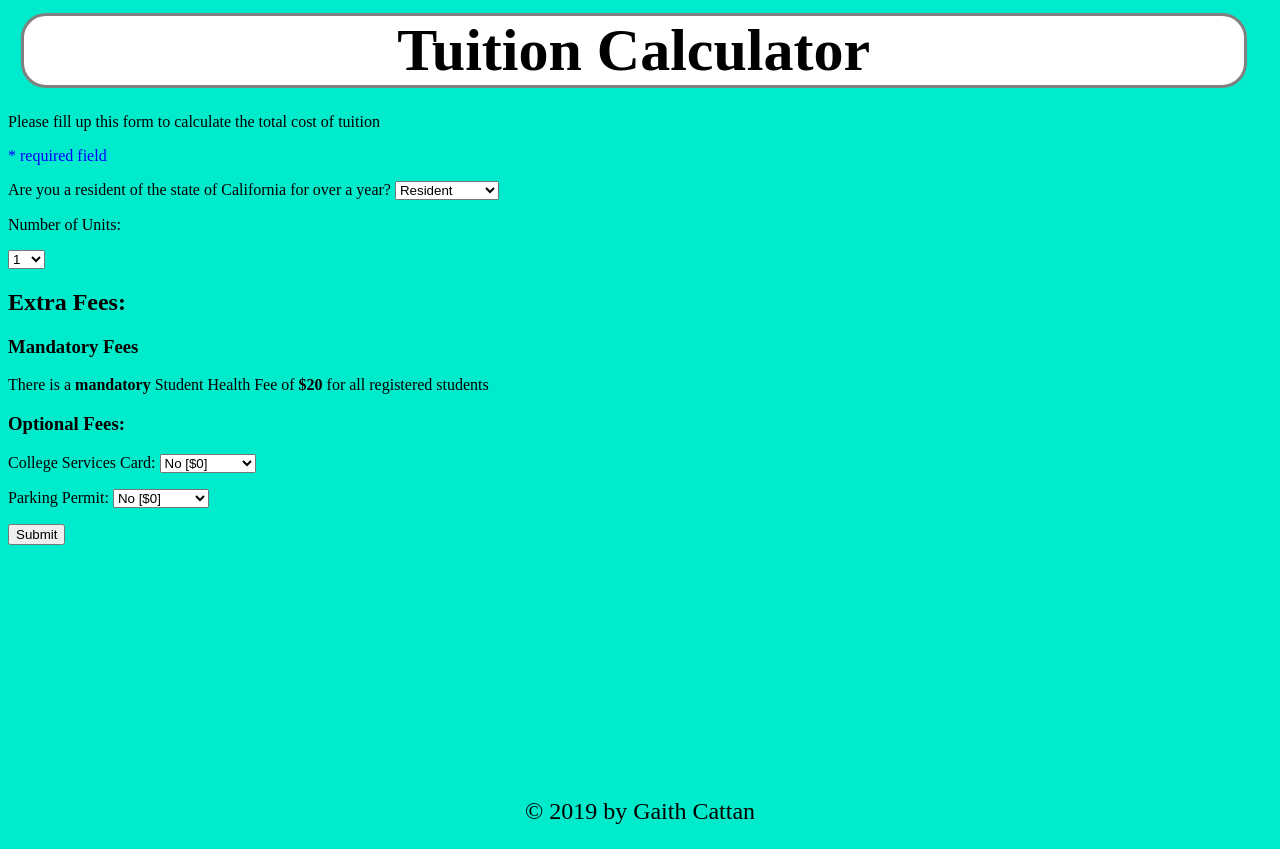
Repository: GaithCattan/COSW30
Page: labwork/lab2/tuitioncalculator.html
The author's editor kept a record of every edit. The page is drawn from the files as they stood at one moment, then again after the next edit.
The browser window is 1280 px wide. The pictures show the whole page.

Above is the page before.

After the next edit:
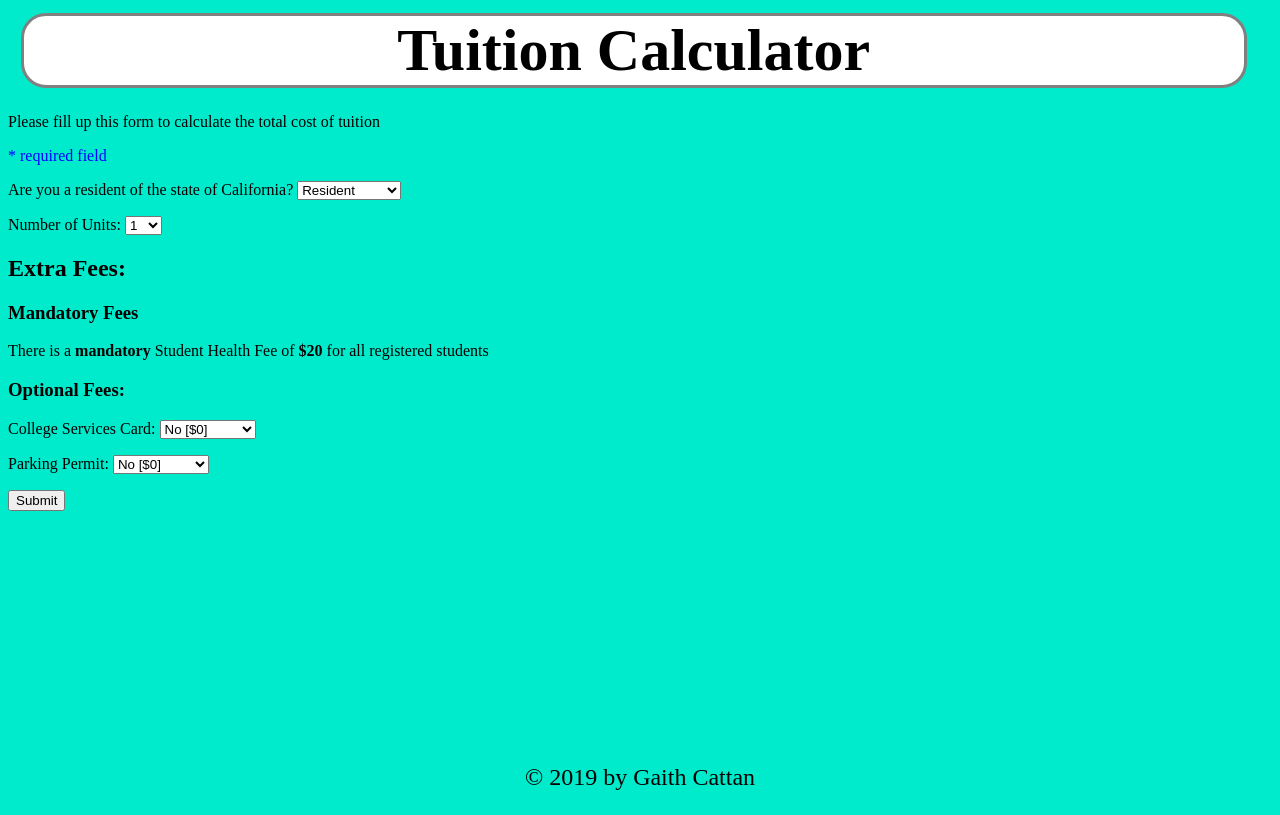
The edit:
--- a/labwork/lab2/tuitioncalculator.html
+++ b/labwork/lab2/tuitioncalculator.html
@@ -23,16 +23,12 @@
 
     <form action="process_tuitioncalculator.php" method="POST">
 
-        <label for="resident">Are you a resident of the state of California for over a year?</label>
-        <select name="residency">
+        <p>Are you a resident of the state of California? <select name="residency">
         <option value="46">Resident</option>
-        <option value="236">Non-Resident</option>
-        </select>
+        <option value="265">Non-Resident</option>
+        </select></p>
 
-        <br>
-
-        <p>Number of Units: </p>
-        <p><select name="units">
+        <p>Number of Units: <select name="units">
         <option value="1">1</option>
         <option value="2">2</option>
         <option value="3">3</option>
@@ -54,7 +50,7 @@
         <option value="19">19</option>
         <option value="20">20</option>
         <option value="21">21</option>
-        </select>
+        </select></p>
 
 
     <h2>Extra Fees:</h2>
